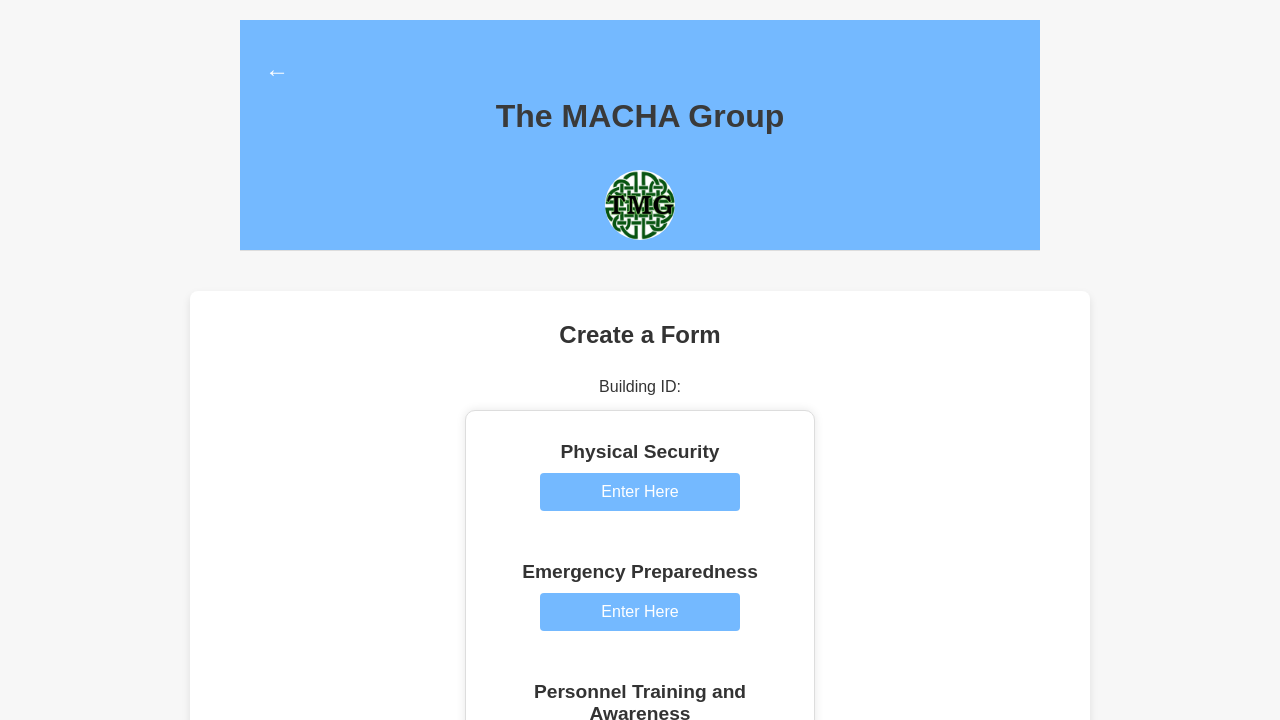
Repository: MachaGroup/MachaGroupIntegration
Page: /Form
An editor plug-in stored every save of this project. The page is shown before and after the next save, followed by the edit.
The browser window is 1280 px wide. The pictures show the whole page.
An inner scrolling area shows only its first screen. The project was rebuilt for these pictures with package versions that can differ from the ones it lists, and the page was loaded fresh each time. Also part of the build but not shown: src/Screens/Login.js, src/Screens/MainScreen.js, src/Screens/AboutUs.js, src/Screens/FAQ.js, src/firebaseConfig.js, src/Screens/ContactUs.js, src/Screens/Settings.js, src/Screens/EditProfile.js and 301 more.

Above is the page before, as saved 2024-12-02 16:38:37.

After the next save:
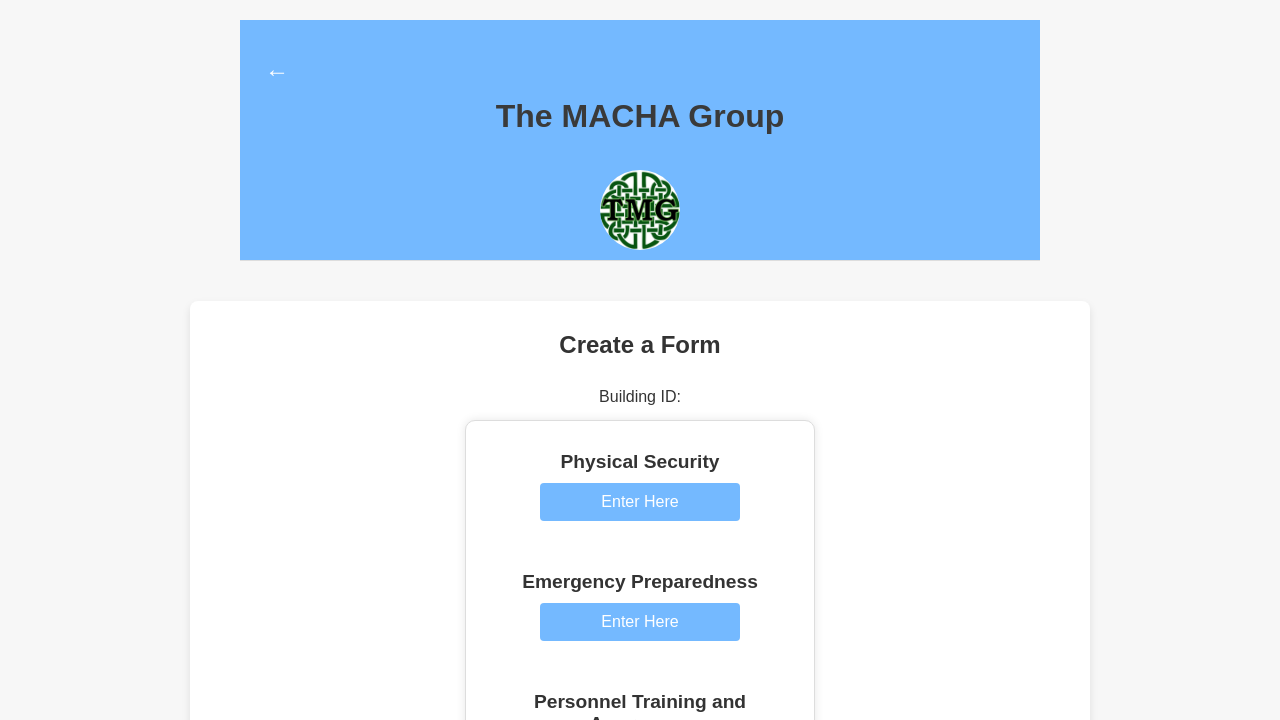
Saved 8 s later.
--- a/src/Screens/ForgotPassword.css
+++ b/src/Screens/ForgotPassword.css
@@ -35,8 +35,8 @@
 
 /* Place logo below the title */
 .logo {
-    width: 70px;
-    height: 70px;
+    width: 80px;
+    height: 80px;
     margin: 20px auto 0; /* Center and add spacing */
     display: block;
 }
